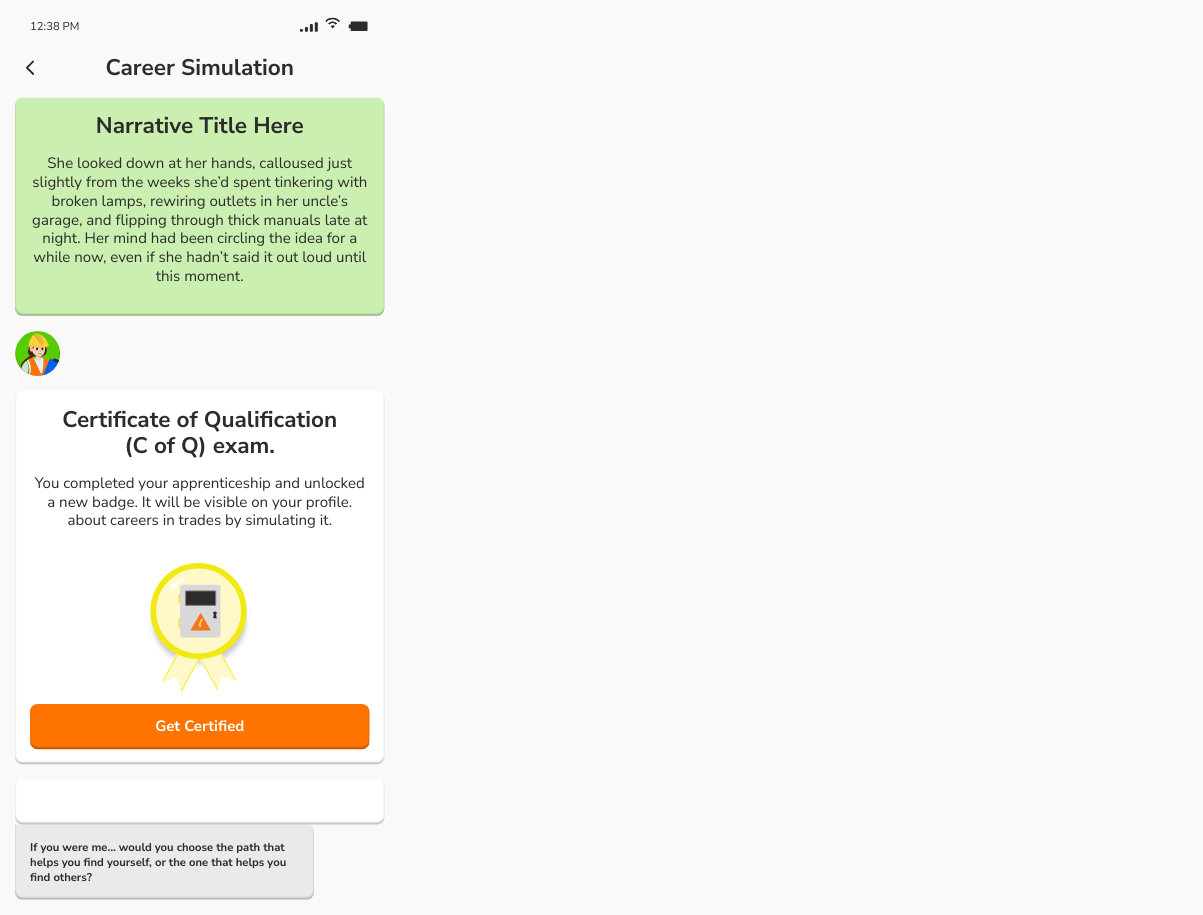
Repository: daniel-liu01/week10books
Page: /
The author's editor kept a copy of each file at every save. The page is drawn from the files as they stood at one save, then again after a run of saves.
The browser window is 1280 px wide. The pictures show the whole page, at 94% of full size.
The project was rebuilt for these pictures with package versions that can differ from the ones it lists, and the page was loaded fresh each time. Also part of the build but not shown: vite.config.js, vite.config.ts, src/App.css, app/Simulation/Simulation.module.css, components/InfoModal/InfoModal.module.css, components/InfoModal/InfoModal.jsx, app/Simulation/Simulation.jsx.

Above is the page before, as saved 2025-10-22 12:55:18.

### index.html
<!DOCTYPE html>
<html lang="en">
    <head>
        <meta charset="UTF-8" />
        <link
            rel="icon"
            type="image/svg+xml"
            href="/vite.svg" />
        <meta
            name="viewport"
            content="width=device-width, initial-scale=1.0" />
        <title>frontend</title>
        <link
            rel="preconnect"
            href="https://fonts.googleapis.com" />
        <link
            rel="preconnect"
            href="https://fonts.gstatic.com"
            crossorigin />
        <link
            href="https://fonts.googleapis.com/css2?family=Nunito+Sans:ital,opsz,wght@0,6..12,200..1000;1,6..12,200..1000&display=swap"
            rel="stylesheet" />
    </head>
    <body>
        <div id="root"></div>
        <script
            type="module"
            src="/src/main.jsx"></script>
    </body>
</html>

### src/index.css
/* ------------------------------------------------------ GENERAL STYLES ------------------------------------------------------ */
*,
*::before,
*::after {
    box-sizing: inherit;
}

html,
body {
    font-family: var(--font-family);
    box-sizing: border-box;
    background-color: var(--offwhite-500);
}

body {
    width: 393px;
    min-height: 100vh;
    margin: 16px;
    display: flex;
    flex-direction: column;
    gap: var(--space-large);
}

html {
    display: flex;
    align-items: flex-start;
}

/* ------------------------------------------------------ VARIABLES ------------------------------------------------------ */
:root {
    /* ----- COLORS ----- */
    --primary-50: #fff1e6;
    --primary-100: #ffd4b0;
    --primary-200: #ffbf8a;
    --primary-300: #ffa155;
    --primary-400: #ff8f34;
    --primary-500: #ff7301;
    --primary-600: #e86901;
    --primary-700: #b55201;
    --primary-800: #8c3f01;
    --primary-900: #6b3000;

    --secondary-50: #eefae6;
    --secondary-100: #cbefb1;
    --secondary-200: #b2e88b;
    --secondary-300: #8fdd55;
    --secondary-400: #79d635;
    --secondary-500: #58cc02;
    --secondary-600: #50ba02;
    --secondary-700: #3e9101;
    --secondary-800: #307001;
    --secondary-900: #255601;

    /* -- neutral colors -- */

    --offwhite-500: #f9f9f9;
    --white: #ffffff;
    --black-50: #eaeaea;
    --black-100: #bebebd;
    --black-200: #9e9e9d;
    --black-300: #727271;
    --black-400: #575655;
    --black-500: #2d2c2b;

    /* ----- TYPE ----- */
    --font-family: "Nunito Sans", sans-serif;

    --font-size-extra-large: 88px;
    --font-size-large: 30px;
    --font-size-extra-medium: 24px;
    --font-size-medium: 20px;
    --font-size-regular: 16px;
    --font-size-small: 12px;
    --font-size-extra-small: 10px;

    --font-style-normal: normal;
    --font-weight-bold: bold;

    --line-height-xxlarge: 100px;
    --line-height-large: 36px;
    --line-height-medium: 28px;
    --line-height-small: 20px;

    /* ----- SPACING ----- */
    --space-extra-small: 4px;
    --space-small: 8px;
    --space-regular: 16px;
    --space-medium: 32px;
    --space-large: 48px;
    --space-extra-large: 140px;

    /* ----- Inner shadow ----- */
    --inner-shadow: 0 -2px 2px 0 rgba(0, 0, 0, 0.25);
}

### src/App.jsx
import { useState } from "react";
import { BrowserRouter as Router, Routes, Route } from "react-router-dom";
import "./App.css";

import Simulation from "../app/Simulation/Simulation";
import SimulationChat from "../app/SimulationChat/SimulationChat";
import TextBubble from "../components/TextBubble/TextBubble";

function App() {
    return (
        <div>
            <SimulationChat />
            <TextBubble
                textType='ai'
                text='If you were me… would you choose the path that helps you find yourself, or the one that helps you find others?'
            />
        </div>
    );
}

export default App;

### app/SimulationChat/SimulationChat.jsx
import styles from "./SimulationChat.module.css";
import StatusBar from "../../components/StatusBar/StatusBar";
import HeadingBar from "../../components/HeadingBar/HeadingBar";
import PopUp from "../../components/PopUp/PopUp";
import NarrativeBox from "../../components/NarrativeBox/NarrativeBox";
import AnnaAvatar from "../../components/AnnaAvatar/AnnaAvatar";
import Menu from "../../components/Menu/Menu";

function SimulationChat() {
    return (
        <div className={styles.container}>
            <StatusBar />
            <HeadingBar />
            <NarrativeBox
                title='Narrative Title Here'
                description='She looked down at her hands, calloused just slightly from the weeks she’d spent tinkering with broken lamps, rewiring outlets in her uncle’s garage, and flipping through thick manuals late at night. Her mind had been circling the idea for a while now, even if she hadn’t said it out loud until this moment.'
            />
            <AnnaAvatar />
            <PopUp />
            <Menu />
        </div>
    );
}

export default SimulationChat;

### components/TextBubble/TextBubble.jsx
import styles from "./TextBubble.module.css";

export default function TextBubble({ textType, text }) {
    if (textType === "ai") {
        return (
            <div className={styles.containerAi}>
                <p className={styles.textAi}>{text}</p>
            </div>
        );
    }
    return (
        <>
            <div className={styles.containerUser}>
                <p className={styles.textUser}>{text}</p>
            </div>
        </>
    );
}

### components/StatusBar/StatusBar.jsx
import styles from "./StatusBar.module.css";
import Hour from "../Hour/Hour";

const StatusBar = () => {
    return (
        <div className={styles.container}>
            <Hour />
            <div className={styles.right}>
                <svg
                    className={styles.icon}
                    width='20'
                    height='11'
                    viewBox='0 0 20 11'
                    fill='none'
                    xmlns='http://www.w3.org/2000/svg'>
                    <rect
                        x='15.8765'
                        y='0.600098'
                        width='3.23284'
                        height='10.2222'
                        rx='1.02778'
                    />
                    <rect
                        x='10.6338'
                        y='2.64453'
                        width='3.23284'
                        height='8.17778'
                        rx='1.02778'
                    />
                    <rect
                        x='5.3916'
                        y='5.71094'
                        width='3.23284'
                        height='5.11111'
                        rx='1.02778'
                    />
                    <rect
                        x='0.0327148'
                        y='7.75537'
                        width='3.23284'
                        height='3.06667'
                        rx='1.02778'
                    />
                </svg>

                <svg
                    className={styles.icon}
                    width='22'
                    height='20'
                    viewBox='0 0 22 20'
                    fill='none'
                    xmlns='http://www.w3.org/2000/svg'>
                    <mask
                        id='path-1-inside-1_2157_1042'
                        fill='white'>
                        <path d='M15.9006 7.3897C15.3805 6.57002 14.6486 5.88977 13.7741 5.41333C12.8995 4.93689 11.9113 4.68001 10.9029 4.66702C9.89445 4.65403 8.89922 4.88535 8.01135 5.33908C7.12349 5.79281 6.37237 6.45396 5.82907 7.25994L7.69376 8.391C8.03417 7.88601 8.50479 7.47176 9.06109 7.18747C9.6174 6.90317 10.241 6.75824 10.8728 6.76638C11.5046 6.77452 12.1238 6.93547 12.6718 7.23399C13.2197 7.53251 13.6783 7.95873 14.0042 8.47231L15.9006 7.3897Z' />
                    </mask>
                    <path
                        d='M15.9006 7.3897C15.3805 6.57002 14.6486 5.88977 13.7741 5.41333C12.8995 4.93689 11.9113 4.68001 10.9029 4.66702C9.89445 4.65403 8.89922 4.88535 8.01135 5.33908C7.12349 5.79281 6.37237 6.45396 5.82907 7.25994L7.69376 8.391C8.03417 7.88601 8.50479 7.47176 9.06109 7.18747C9.6174 6.90317 10.241 6.75824 10.8728 6.76638C11.5046 6.77452 12.1238 6.93547 12.6718 7.23399C13.2197 7.53251 13.6783 7.95873 14.0042 8.47231L15.9006 7.3897Z'
                        strokeWidth='4.11111'
                        mask='url(#path-1-inside-1_2157_1042)'
                    />
                    <mask
                        id='path-2-inside-2_2157_1042'
                        fill='white'>
                        <path d='M19.0832 4.55309C18.1524 3.34672 16.9405 2.3605 15.542 1.67127C14.1435 0.982029 12.5961 0.608389 11.0204 0.579456C9.4447 0.550522 7.88323 0.867077 6.45765 1.50446C5.03207 2.14184 3.78086 3.08283 2.80152 4.25413L4.5268 5.55219C5.29548 4.63284 6.27755 3.89425 7.39649 3.39397C8.51543 2.8937 9.74102 2.64523 10.9778 2.66794C12.2145 2.69065 13.4291 2.98392 14.5268 3.5249C15.6245 4.06588 16.5757 4.83997 17.3063 5.78684L19.0832 4.55309Z' />
                    </mask>
                    <path
                        d='M19.0832 4.55309C18.1524 3.34672 16.9405 2.3605 15.542 1.67127C14.1435 0.982029 12.5961 0.608389 11.0204 0.579456C9.4447 0.550522 7.88323 0.867077 6.45765 1.50446C5.03207 2.14184 3.78086 3.08283 2.80152 4.25413L4.5268 5.55219C5.29548 4.63284 6.27755 3.89425 7.39649 3.39397C8.51543 2.8937 9.74102 2.64523 10.9778 2.66794C12.2145 2.69065 13.4291 2.98392 14.5268 3.5249C15.6245 4.06588 16.5757 4.83997 17.3063 5.78684L19.0832 4.55309Z'
                        strokeWidth='4.11111'
                        mask='url(#path-2-inside-2_2157_1042)'
                    />
                    <path d='M13.5162 9.77759L10.8222 12.3331L8.66699 9.77759L9.23963 9.50599C10.2507 9.02643 11.4136 8.97977 12.4599 9.37676L13.5162 9.77759Z' />
                </svg>

                <svg
                    className={styles.icon}
                    width='24'
                    height='24'
                    viewBox='0 0 24 24'
                    fill='none'
                    xmlns='http://www.w3.org/2000/svg'>
                    <path d='M5 17C4.71667 17 4.47917 16.9042 4.2875 16.7125C4.09583 16.5208 4 16.2833 4 16V14H2V10H4V8C4 7.71667 4.09583 7.47917 4.2875 7.2875C4.47917 7.09583 4.71667 7 5 7H21C21.2833 7 21.5208 7.09583 21.7125 7.2875C21.9042 7.47917 22 7.71667 22 8V16C22 16.2833 21.9042 16.5208 21.7125 16.7125C21.5208 16.9042 21.2833 17 21 17H5Z' />
                </svg>
            </div>
        </div>
    );
};

export default StatusBar;

### components/HeadingBar/HeadingBar.jsx
import styles from "./HeadingBar.module.css";
import ArrowBack from "../ArrowBack/ArrowBack";

function HeadingBar() {
    return (
        <div className={styles.heading_container}>
            <ArrowBack />
            <h1 className={styles.heading_pageTitle}>Career Simulation</h1>
            <div className={styles.heading_placeholder}></div>
        </div>
    );
}

export default HeadingBar;

### components/Card/Card.jsx
import styles from "./Card.module.css";
import Button from "../../components/Button/Button";

function Card({
    image,
    title,
    description,
    type,
    valueOfButton,
    typeOfButton,
    sizeOfButton,
}) {
    return (
        <>
            {type === "regular" && (
                <div className={styles.container}>
                    <div className={styles.content}>
                        <h3 className={styles.title}>{title}</h3>
                        <p className={styles.description}>{description}</p>
                    </div>
                    {image && (
                        <div className={styles.image_wrapper}>
                            <img
                                src={image}
                                alt={title}
                                className={styles.image}
                            />
                        </div>
                    )}
                </div>
            )}
            {type === "button" && (
                <div className={styles.container}>
                    <div className={styles.content}>
                        <h3 className={styles.title}>{title}</h3>
                        <p className={styles.description}>{description}</p>
                    </div>
                    {image && (
                        <div className={styles.image_wrapper}>
                            <img
                                src={image}
                                alt={title}
                                className={styles.image}
                            />
                        </div>
                    )}
                    <Button
                        type={typeOfButton}
                        size={sizeOfButton}
                        value={valueOfButton}
                        onClick={() => console.log("clicked")}
                        isDisabled={false}
                    />
                </div>
            )}
        </>
    );
}

export default Card;

### components/Button/Button.jsx
import styles from "./Button.module.css";

function Button({
    type = "primary",
    isDisabled = false,
    size = "default",
    value,
    onClick,
}) {
    let buttonClass = styles.button;

    if (type === "primary") buttonClass += ` ${styles.primary}`;
    if (type === "secondary") buttonClass += ` ${styles.secondary}`;
    if (type === "terciary") buttonClass += ` ${styles.terciary}`;
    if (type === "warning") buttonClass += ` ${styles.error}`;
    if (size === "small") buttonClass += ` ${styles.small}`;
    if (size === "large") buttonClass += ` ${styles.large}`;
    if (isDisabled) buttonClass += ` ${styles.disabled}`;

    return (
        <input
            type='button'
            className={buttonClass}
            value={value}
            onClick={onClick}
            disabled={isDisabled}
        />
    );
}

export default Button;

### components/Menu/Menu.jsx
import styles from "./Menu.module.css";

function Menu() {
    return <div className={styles.container}></div>;
}

export default Menu;

### app/SimulationChat/SimulationChat.module.css
.container {
    display: flex;
    flex-direction: column;
    gap: var(--space-regular);
}

### components/PopUp/PopUp.jsx
import Card from "../../components/Card/Card";

function PopUp() {
    return (
        <div>
            <Card
                title={
                    <>
                        Certificate of Qualification <br /> (C of Q) exam.
                    </>
                }
                description={
                    <>
                        You completed your apprenticeship and unlocked
                        <br />a new badge. It will be visible on your profile.
                        about careers in trades by simulating it.
                    </>
                }
                image='/Electrician.svg'
                type='button'
                valueOfButton='Get Certified'
                typeOfButton='primary'
                sizeOfButton='large'
            />
        </div>
    );
}

export default PopUp;

### components/NarrativeBox/NarrativeBox.jsx
import styles from "./NarrativeBox.module.css";

function NarrativeBox({ title, description }) {
    return (
        <div className={styles.container}>
            <div className={styles.content}>
                <h3 className={styles.title}>{title}</h3>
                <p className={styles.description}>{description}</p>
            </div>
        </div>
    );
}

export default NarrativeBox;

### components/AnnaAvatar/AnnaAvatar.jsx
import styles from "./AnnaAvatar.module.css";

function AnnaAvatar() {
    return (
        <img
            className={styles.image}
            src='AnnaAvatar.svg'
            alt='Anna Avatar'
        />
    );
}

export default AnnaAvatar;

### components/TextBubble/TextBubble.module.css
.containerAi,
.containerUser {
    border-top-right-radius: var(--space-small);
    border-bottom-right-radius: var(--space-small);
    border-bottom-left-radius: var(--space-small);
    padding: var(--space-regular);
    display: flex;
    align-items: center;
    box-shadow: var(--inner-shadow) inset;
}

.containerAi {
    background-color: var(--black-50);
    width: 318px;
    height: 80px;
}

.textAi {
    color: var(--black-500);
    font-size: var(--font-size-small);
    font-weight: var(--font-weight-bold);
}

.containerUser {
    background-color: var(--primary-500);
    width: 318px;
    height: 80px;
}

.textUser {
    color: var(--white);
    font-size: var(--font-size-small);
    font-weight: var(--font-weight-bold);
}

### components/StatusBar/StatusBar.module.css
.container {
    display: flex;
    flex-direction: row;
    align-items: center;
    justify-content: space-between;
    width: 393px;
    padding: 0 var(--space-regular);
    margin: 0;
}

.right {
    display: flex;
    align-items: center;
    gap: var(--space-extra-small);
}

.icon {
    fill: var(--black-500);
}

### components/Hour/Hour.jsx
"use client";
import { useEffect, useState } from "react";
import styles from "./Hour.module.css";

const Hour = () => {
    const [currentTime, setCurrentTime] = useState(new Date());

    useEffect(() => {
        const timer = setInterval(() => {
            setCurrentTime(new Date());
        }, 1000);

        return () => clearInterval(timer);
    }, []);

    const formattedTime = currentTime.toLocaleTimeString("en-US", {
        hour: "2-digit",
        minute: "2-digit",
        hour12: true,
    });

    return <div className={styles.hour}>{formattedTime}</div>;
};

export default Hour;

### components/HeadingBar/HeadingBar.module.css
.heading_container {
    width: 100%;
    display: flex;
    align-items: center;
    justify-content: space-between;
    gap: var(--space-small);
    margin: 0;
    padding: 0;
}

.heading_pageTitle {
    font-weight: var(--font-weight-bold);
    font-size: var(--font-size-extra-medium);
    margin: 0;
    line-height: 1;
    color: var(--black-500);
}

.heading_placeholder {
    width: var(--space-medium);
    height: var(--space-medium);
    visibility: hidden;
}

### components/ArrowBack/ArrowBack.jsx
import styles from "./ArrowBack.module.css";

function ArrowBack() {
    return (
        <div className={styles.arrow_container}>
            <svg
                className={styles.arrow_icon}
                xmlns='http://www.w3.org/2000/svg'
                width='16'
                height='16'
                viewBox='0 0 12 20'
                fill='none'>
                <path
                    d='M10.7071 19.2929C10.3166 19.6834 9.68342 19.6834 9.29289 19.2929L0.707106 10.7071C0.316582 10.3166 0.316583 9.68342 0.707107 9.29289L9.29289 0.707106C9.68342 0.316582 10.3166 0.316582 10.7071 0.707107L11.0679 1.06789C11.4584 1.45842 11.4584 2.09158 11.0679 2.48211L3.55 10L11.0679 17.5179C11.4584 17.9084 11.4584 18.5416 11.0679 18.9321L10.7071 19.2929Z'
                    fill='currentColor'
                />
            </svg>
        </div>
    );
}

export default ArrowBack;

### components/Card/Card.module.css
.container {
    display: flex;
    flex-direction: column;
    justify-content: space-between;
    align-items: center;
    border-radius: var(--space-small);
    background: var(--white);
    box-shadow: var(--inner-shadow) inset;
    padding: var(--space-regular);
}

.content {
    display: flex;
    flex-direction: column;
    justify-content: space-between;
    align-items: center;
    font-family: var(--font-family);
    color: var(--black-500);
    text-align: center;
    gap: var(--space-regular);
}

.title {
    font-size: var(--font-size-extra-medium);
    font-weight: var(--font-weight-bold);
    line-height: var(--line-height-medium);
    margin: 0;
}

.description {
    font-size: var(--font-size-regular);
    line-height: var(--line-height-small);
    margin: 0;
    margin-bottom: var(--space-regular);
}

.image_wrapper {
}

.image {
}

### components/Button/Button.module.css
.button {
    display: block;
    width: 361px;
    height: var(--space-large);
    line-height: var(--line-height-large);
    text-align: center;

    font-family: var(--font-family);
    font-size: var(--font-size-regular);
    font-weight: var(--font-weight-bold);

    padding: 0 var(--space-regular);
    margin: 0;
    border-radius: var(--space-small);
    border: none;
    box-shadow: var(--inner-shadow) inset;
    cursor: pointer;
    transition: background-color 0.2s ease-in-out, color 0.2s ease-in-out;
}

.button:hover {
    background-color: var(--primary-700);
    color: var(--white);
}

.primary {
    background-color: var(--primary-500);
    color: var(--white);
}

.large {
    width: 100%;
    height: var(--space-large);
}

### components/Menu/Menu.module.css
.container {
    display: flex;
    width: 100%;
    height: var(--space-large);
    justify-content: center;
    align-items: center;
    gap: var(--space-medium);
    border-radius: var(--space-small);
    background: var(--white);
    box-shadow: var(--inner-shadow) inset;
}

### components/NarrativeBox/NarrativeBox.module.css
.container {
    display: flex;
    flex-direction: column;
    justify-content: space-between;
    align-items: center;
    border-radius: var(--space-small);
    background: var(--secondary-100);
    box-shadow: var(--inner-shadow) inset;
    padding: var(--space-regular);
}

.content {
    display: flex;
    flex-direction: column;
    justify-content: space-between;
    align-items: center;
    font-family: var(--font-family);
    color: var(--black-500);
    text-align: center;
    gap: var(--space-regular);
}

.title {
    font-size: var(--font-size-extra-medium);
    font-weight: var(--font-weight-bold);
    line-height: var(--line-height-medium);
    margin: 0;
}

.description {
    font-size: var(--font-size-regular);
    line-height: var(--line-height-small);
    margin: 0;
    margin-bottom: var(--space-regular);
}

### components/AnnaAvatar/AnnaAvatar.module.css
.image {
    width: var(--space-large);
}

### components/Hour/Hour.module.css
.hour {
    color: var(--black-500);
    font-family: var(--font-family);
    font-size: var(--font-size-small);
}

### components/ArrowBack/ArrowBack.module.css
.arrow_container {
    display: inline-flex;
    align-items: center;
    justify-content: center;
    background: none;
    border: none;
    cursor: pointer;
    padding: 0;
    width: var(--space-medium);
    height: var(--space-medium);
}

.arrow_icon {
    color: var(--black-500);
    width: var(--space-regular);
    height: var(--space-regular);
}

.arrow_container:hover .arrow_icon {
    color: var(--primary-500);
}

Loaded but not shown: src/main.jsx (common file)

After the next 3 saves:
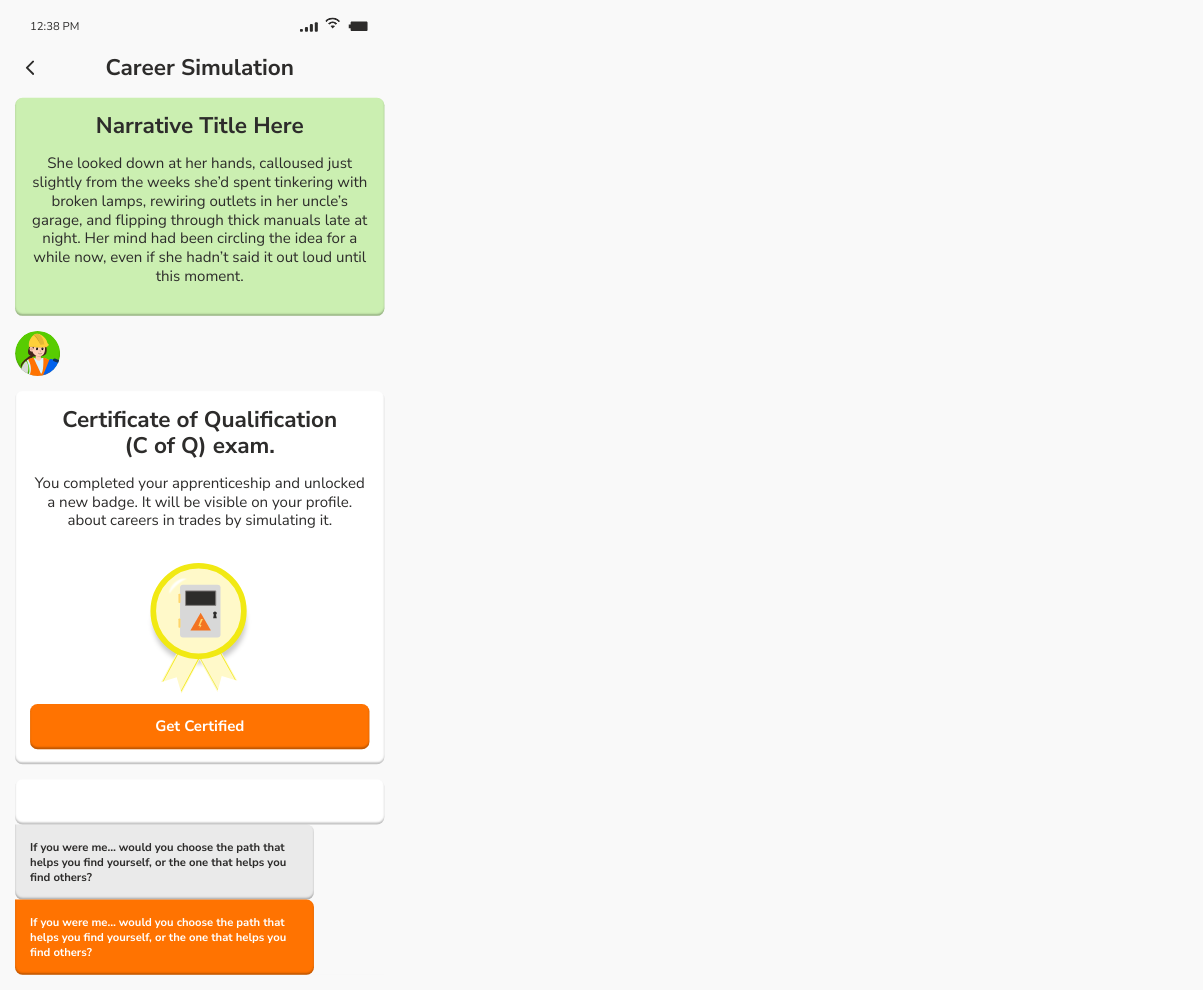
The 3 saves are shown as one change because they came seconds apart.
The last was saved 11 s later.
--- a/src/App.jsx
+++ b/src/App.jsx
@@ -14,6 +14,7 @@ function App() {
                 textType='ai'
                 text='If you were me… would you choose the path that helps you find yourself, or the one that helps you find others?'
             />
+            <TextBubble text='If you were me… would you choose the path that helps you find yourself, or the one that helps you find others?' />
         </div>
     );
 }
